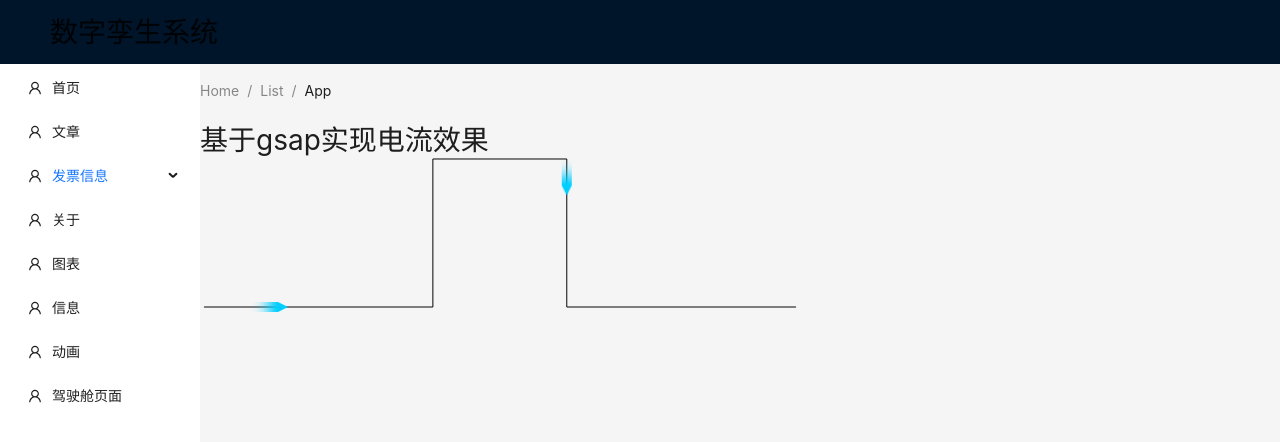
Repository: HailiePan/webpack-react-practice
Page: /animation
These files come from the project's save history. The page is drawn as it stood at one moment and after the next save; the edit follows.
The browser window is 1280 px wide. The pictures show the whole page.
The project was rebuilt for these pictures with package versions that can differ from the ones it lists, and the page was loaded fresh each time. Also part of the build but not shown: src/pages/Animation/component/ScrollAnimation/index.jsx, src/pages/Home.jsx, src/pages/Invoices/index.jsx, src/pages/Invoices/Invoice.jsx, src/pages/Invoices/Pending.jsx, src/pages/Invoices/Complete.jsx, src/components/CommonBox/index.less, src/components/CommonBox/index.jsx and 27 more.

Above is the page before, as saved 2024-01-24 16:44:29.

### index.html
<!--
 * Author  hailie.pan
 * Date  2023-10-08 16:03:03
 * LastEditors  hailie.pan
 * LastEditTime  2023-10-08 16:03:04
 * Description  file content
-->
<!--
 * Author  hailie.pan
 * Date  2023-10-07 17:34:05
 * LastEditors  hailie.pan
 * LastEditTime  2023-10-07 17:34:06
 * Description  file content
-->
<!DOCTYPE html>
<html lang="en">
  <head>
    <meta charset="UTF-8" />
    <meta http-equiv="X-UA-Compatible" content="IE=edge" />
    <meta name="viewport" content="width=device-width, initial-scale=1.0" />
    <title>Document</title>
  </head>
  <body>
    <div id="app"></div>
  </body>
</html>

### src/index.jsx
/*
 * Author  hailie.pan
 * Date  2023-10-07 17:16:58
 * LastEditors  hailie.pan
 * LastEditTime  2023-10-24 17:39:40
 * Description  file content
 */
import React, { StrictMode } from "react";
import * as ReactDOM from "react-dom/client";
import { BrowserRouter, useRoutes } from "react-router-dom";
import { routes } from "@/router";
const App = () => {
  return useRoutes(routes);
};
const root = ReactDOM.createRoot(document.getElementById("app"));
// v18 的新方法
root.render(
  <StrictMode>
    <BrowserRouter>
      <App />
    </BrowserRouter>
  </StrictMode>
);

// BrowserRouter下直接渲染useRoutes,routes里配置好路径对应的组件
// 然后就会显示路径对应的组件
// useRoutes(routes)必须在函数里写着

### src/router/index.js
/*
 * @Author: Hailie.Pan
 * @Date: 2023-11-28 10:30:45
 * @LastEditors: Hailie.Pan
 * @LastEditTime: 2024-01-11 10:41:08
 * @Description:
 */
/*
 * Author  hailie.pan
 * Date  2023-10-13 17:13:27
 * LastEditors  hailie.pan
 * LastEditTime  2023-11-28 10:30:45
 * Description  file content
 */
import React from "react";
import { useRoutes } from "react-router-dom";

import BaseLayout from "@/BaseLayout";

import Home from "@/pages/Home";
import Invoices from "@/pages/Invoices";
import Invoice from "@/pages/Invoices/Invoice";
import Pending from "@/pages/Invoices/Pending";
import Complete from "@/pages/Invoices/Complete";
import About from "@/pages/About";
import Article from "@/pages/Article";
import ControlRoomFirstPage from "@/pages/ControlRoomFirstPage";
import Chart from "@/pages/Chart";
import Info from "@/pages/Info";
import Animation from '@/pages/Animation'

const routes = [
  {
    path: "/",
    element: <BaseLayout />,
    name: "一级场景",
    children: [
      { path: "/home", element: <Home />, name: "首页" },
      { path: "/article", element: <Article />, name: "文章" },
      {
        // path: "/invoices",
        // element: <Invoices />,
        name: "发票信息",
        children: [
          {
            path: "/invoices/invoicesDetail/:id",
            element: <Invoice />,
            name: "发票1详情",
          },
          {
            path: "/invoices/pending",
            element: <Pending />,
            name: "发票2详情",
          },
          {
            path: "/invoices/complete",
            element: <Complete />,
            name: "发票3详情",
          },
        ],
      },

      {
        path: "/about",
        element: <About />,
        name: "关于",
      },
      {
        path: "/chart",
        element: <Chart />,
        name: "图表",
      },
      {
        path: "/info",
        element: <Info />,
        name: "信息",
      },
      {
        path: "/animation",
        element: <Animation />,
        name: "动画",
      },
    ],
  },
  {
    path: "/controlRoomFirstPage",
    element: <ControlRoomFirstPage />,
    name: "驾驶舱页面",
  },
];

export { routes };

### src/BaseLayout/index.jsx
/*
 * Author  hailie.pan
 * Date  2023-10-13 17:28:32
 * LastEditors  hailie.pan
 * LastEditTime  2023-12-04 10:37:50
 * Description  file content
 */

import React, {useEffect, useCallback, useState, useMemo } from 'react';
import { LaptopOutlined, NotificationOutlined, UserOutlined } from '@ant-design/icons';
import { Breadcrumb, Layout, Menu, theme } from 'antd';
import { Link, NavLink, useRoutes, Navigate, Outlet } from 'react-router-dom';
import { gsap } from "gsap";
import { ScrollTrigger } from 'gsap/ScrollTrigger.js'
import { routes } from '@/router';
import StateContext from './data.js';
import styles from './index.less';
import ScrollAnimation from '@/pages/Animation/component/ScrollAnimation'
const { Header, Content, Sider } = Layout;

export default function BaseLayout() {
  // console.log("routes", routes);
  const [selectedMenuKeys, setSelectedMenuKeys] = useState([]);

  // useMemo缓存菜单的计算方法，避免每次刷新时都计算一遍
  // 这个菜单的算法还是不太优美，不好维护
  let showMenu = useMemo(
    () =>
      routes
        .map((item, index) => {
          if (item.children) {
            const arr2 = item.children.map((c, cIndex) => {
              return {
                key: cIndex,
                icon: React.createElement(UserOutlined),
                name: c.name,
                label: (
                  <NavLink to={c.path} state={'From App'}>
                    {c.name}
                  </NavLink>
                ),
                children: c?.children?.map((t, tIndex) => ({
                  key: `${cIndex}-${tIndex}`,
                  icon: React.createElement(UserOutlined),
                  name: t.name,
                  label: <NavLink to={t.path}>{t.name}</NavLink>
                }))
              };
            });
            return arr2;
          } else {
            return {
              key: 'dandu' + index,
              icon: React.createElement(UserOutlined),
              name: item.name,
              label: (
                <NavLink to={item.path} state={'From App'}>
                  {item.name}
                </NavLink>
              )
            };
          }
        })
        .flat(), // arr2是个数组，放到showMenu数组里需要拉平
    []
  );
  showMenu.flat();
  // console.log("showMenu", showMenu);

  const menuArr = [
    {
      key: 0,
      icon: React.createElement(UserOutlined),
      label: (
        <NavLink to="/home" state={'From App'}>
          首页
        </NavLink>
      )
    },

    {
      key: 1,
      icon: React.createElement(LaptopOutlined),
      label: <NavLink to="invoices">发票信息</NavLink>,
      children: [
        {
          key: '1-0',
          label: <NavLink to="/invoices/invoicesDetail/1?a=a&b=b">发票1详情页</NavLink>
        },
        {
          key: '1-1',
          label: <NavLink to="/invoices/pending?fromPage=菜单点击">发票2详情页</NavLink>
        },
        {
          key: '1-2',
          label: (
            <NavLink to="/invoices/complete" state={'左侧菜单点击'}>
              发票3详情页
            </NavLink>
          )
        }
      ]
    },
    {
      key: 2,
      icon: React.createElement(NotificationOutlined),
      label: <NavLink to="about">关于</NavLink>
    },
    {
      key: 3,
      icon: React.createElement(NotificationOutlined),
      label: <NavLink to="controlRoomFirstPage">驾驶舱页面</NavLink>
    },
    {
      key: 4,
      icon: React.createElement(LaptopOutlined),
      label: <NavLink to="article">文章</NavLink>
    }
  ];

  const onSelectMenu = ({ item, key, keyPath, selectedKeys, domEvent }) => {
    setSelectedMenuKeys([key]);
  };

  const [state, setState] = useState('playing');

  // useEffect(()=>{
  //   gsap.registerPlugin(ScrollTrigger)
  //     // 绿色方块
  //     gsap.to("#ewrwer", {
  //       rotation: 900,
  //       x:400,
  //       duration: 1,
  //       scrollTrigger: {
  //         trigger: '#ewrwer', // 动画的元素
  //         scroller: document.getElementById('21321'), // 滚动的元素
  //         scrub: 2,
  //         markers: true,
  //       },

  //     });
  // },[])

  return (
    <Layout className={styles.layoutWrap}>
{/*
      <div className={styles.box} id='21321'>
        <div className={styles.green} id='ewrwer'></div>
        <div style={{height:'1000px'}} />
      </div> */}

      {/* <ScrollAnimation /> */}


      <Header className={styles.header}>
        <div className={styles.logo} />

        <h1>数字孪生系统</h1>
      </Header>

      <Layout>
        <Sider className={styles.sider}>
          <Menu
            mode="inline"
            // defaultSelectedKeys={["0"]}
            // defaultOpenKeys={["sub1"]}
            style={{
              height: '100%',
              borderRight: 0
            }}
            items={showMenu}
            selectedKeys={selectedMenuKeys}
            onSelect={onSelectMenu}
          />
        </Sider>

        <Layout className={styles.rightLayout}>
          <Breadcrumb
            style={{
              margin: '16px 0'
            }}
          >
            <Breadcrumb.Item>Home</Breadcrumb.Item>
            <Breadcrumb.Item>List</Breadcrumb.Item>
            <Breadcrumb.Item>App</Breadcrumb.Item>
          </Breadcrumb>

          <StateContext.Provider value={{ state, setState }}>
            <Content className={styles.content} id='content'>
              <Outlet />
            </Content>
          </StateContext.Provider>
        </Layout>
      </Layout>
    </Layout>
  );
}

### src/pages/Animation/index.jsx
/*
 * @Author: Hailie.Pan
 * @Date: 2024-01-11 10:41:16
 * @LastEditors: Hailie.Pan
 * @LastEditTime: 2024-01-24 15:25:22
 * @Description:
 */
import React, { useRef, useEffect, useState } from 'react';
import { gsap } from 'gsap';
import { ScrollTrigger } from 'gsap/ScrollTrigger.js';
import MoveBox from './component/MoveBox';
import MoveOnPath from './component/MoveOnPath';
import CanvasDraw from './component/CanvasDraw';
import TimeLine from './component/TimeLine';
import ScrollAnimation from './component/ScrollAnimation';
import ScrollAnimation2 from './component/ScrollAnimation2';
import ImitateElectricity from './component/ImitateElectricity';
import DraggableCom from './component/DraggableCom';
import styles from './index.module.less';

export default function Animation() {
  let obj = { myNum: 10, myColor: 'red' };

  useEffect(() => {
    // stagger 依次执行动画
    // gsap.to([boxRef.current, boxRef2.current, boxRef3.current], {
    //   rotation: 360,
    //   stagger:1,
    //   duration:2
    // });

    gsap.to(obj, {
      myNum: 200,
      myColor: 'blue',
      onUpdate: () => {
        console.log('onUpdate', obj.myColor);
      },
      onComplete: () => console.log('onComplete', obj.myNum, obj.myColor)
    });
  }, []);

  return (
    <div className={styles.wrap}>
      {/* <MoveBox /> */}

      {/* 在canvas中驱动元素绘制 */}
      {/* <CanvasDraw /> */}

      {/* 时间线动画 stagger依次错开 */}
      {/* <TimeLine /> */}

      {/* 元素沿SVG路径移动 */}
      {/* <MoveOnPath /> */}

      {/* 把canvas的效果和gsap的效果放在一起对比 */}
      {/* 模拟电流效果 */}
      <ImitateElectricity />

      {/* 滚动动画 */}
      {/* <ScrollAnimation /> */}

      {/* 滚动动画 */}
      {/* <ScrollAnimation2 /> */}

      {/* 可拖拽 */}
      {/* <DraggableCom /> */}
    </div>
  );
}

### src/BaseLayout/data.js
/*
 * Author  hailie.pan
 * Date  2023-11-28 10:20:25
 * LastEditors  hailie.pan
 * LastEditTime  2023-11-28 10:26:27
 * Description  file content
 */
import { createContext } from "react";

const StateContext = createContext({});

export default StateContext;

### src/BaseLayout/index.less
body {
  margin: 0;
  // height: 200vh;
}


.layoutWrap {
  height: 100vh;
  overflow-y: auto;
}

.box{
  height: 200px;
  overflow-y: auto;
  // border: 1px solid rgb(239, 200, 151);
}
.green{
  width: 50px;
  height: 50px;
  background-color: green;
  border-radius: 4px;
  margin: 0 auto;
  position: fixed;
  top: 50%;
  left: 50%;
}
.header {
  display: flex;
  align-items: center;

  .logo {
    width: 100px;
    height: 40px;
    background: rgba(255, 255, 255, 0.5);
    margin-right: 20px;
  }
  h1 {
    color: #fff;
    padding: 0;
    margin: 0;
  }
}
@colorBgContainer: #fff;
.sider {
  width: 200;
  background: @colorBgContainer;
}
.rightLayout {
  padding: 0 24px 24px;
}

.content {
  padding: 24px;
  margin: 0;
  min-height: 280px;
  background: @colorBgContainer;
  // border: 1px solid green; // 高度没有被页面的高度撑开
  // height: auto;
  overflow-y: scroll;
}

### src/pages/home.less
@color: rgb(248, 157, 39);

@font-face {
  font-family: "DIN";
  src: url("@/assets/fonts/庞门正道标题体2.0增强版.ttf");
  font-style: normal;
  font-weight: normal;
}
.wrapper {
  font-weight: 700;
  color: #333;

  ul {
    color: @color;
    // list-style-type: none;
  }
  .fontStyle {
    font-family: "DIN";
  }

  .box {
    height: 500px;
    margin-top: 20px;
    display: flex;
    .item {
      flex-shrink: 1; //属性定义了项目的缩小比例，默认为1，即如果空间不足，该项目将缩小
      flex-grow: 1; // 定义项目的放大比例，默认为0，即如果存在剩余空间，也不放大
      width: 300px;
      background-color: #fce09e;
      border: 1px solid rgb(255, 162, 0);
    }
  }
  .showImg {
    display: flex;
    img {
      width: 100px;
      height: 100px;
      margin-top: 10px;
      display: block;
    }
  }
}

### src/pages/Animation/component/ImitateElectricity/index.jsx
/*
 * @Author: Hailie.Pan
 * @Date: 2024-01-16 22:18:53
 * @LastEditors: Hailie.Pan
 * @LastEditTime: 2024-01-24 16:44:22
 * @Description:
 */
import React, { useEffect, useRef } from 'react';
import { gsap } from 'gsap';
import { MotionPathPlugin, MotionPathHelper } from 'gsap/all';
import { Button } from 'antd';
import styles from './index.module.less';

export default function ImitateElectricity() {
  const jiantou = useRef();
  const jiantou2 = useRef();

  // 注册插件
  gsap.registerPlugin(MotionPathPlugin);
  const tl = gsap.timeline();

  useEffect(() => {
    gsap.set([jiantou.current, jiantou2.current], { scale: 0.5, autoAlpha: 1 });

    tl.to([jiantou.current], {
      duration: 4,
      ease: 'none',
      immediateRender: true,
      repeat: -1, // 重复
      stagger: 2, // 间隔时间
      motionPath: {
        path: '#xianlu', // 路径
        align: '#xianlu', // 对齐到路径
        alignOrigin: [0.5, 0.5], // 对齐原点
        autoRotate: 90, // 沿路径方向旋转角度
        end: 0.2
      }
    });

    tl.to([jiantou2.current], {
      duration: 8,
      ease: 'none',
      immediateRender: true,
      repeat: -1, // 重复
      stagger: 2, // 间隔时间
      motionPath: {
        path: '#xianlu', // 路径
        align: '#xianlu', // 对齐到路径
        alignOrigin: [0.5, 0.5], // 对齐原点
        autoRotate: 90, // 沿路径方向旋转角度
        start: 0.5
        // end: 0.5
      }
    });

    // gsap.registerPlugin(MotionPathPlugin, MotionPathHelper)
  }, []);

  return (
    <div>
      <h1>基于gsap实现电流效果</h1>
      {/* svg路径必须是path */}
      <svg class={styles.motionPath} viewBox="0 0 600 152">
        <path fill="none" stroke="#000" d="m0,151h231.97V1h135.69v150h232.35" />
        <path
          id="xianlu"
          fill="none"
          stroke="none"
          d="m0,151h225.12c3.78,0,6.85-3.06,6.85-6.85V8.04c0-3.89,3.15-7.04,7.04-7.04h121.97c3.69,0,6.68,2.99,6.68,6.68v136.63c0,3.69,3,6.69,6.69,6.69h225.66"
        />
      </svg>

      <div className={styles.jiantou} ref={jiantou}></div>
      <div className={styles.jiantou} ref={jiantou2}></div>
    </div>
  );
}

### src/pages/Animation/component/ScrollAnimation/index.module.less

.wrap{
  border:1px solid red;
  height: 600px;
  background-color: #111;
  color: white;
  // overflow-x: hidden;
  overflow-y: scroll;
}
h1, h2 {
  margin: 0;
  font-weight: 400;
  max-width: none;
}
.headerSection{
  height: 400px;
  line-height: 400px;
  border: 1px solid rgb(255, 140, 0);
}

.comparisonSection {
  position: relative;
  padding-bottom: 56.25%; /* to maintain aspect ratio (responsive!) */
  border: 1px solid yellow;

  .comparisonImage {
    width: 100%;
    height: 100%;

    img {
      width: 100%;
      height: 100%;
      position: absolute;
      top: 0;
    }
  }

  .afterImage {
    position: absolute;
    overflow: hidden;
    top: 0;
    transform: translate(100%, 0px);
    img {
      transform: translate(-100%, 0px);
    }
  }
}

### src/pages/Animation/component/ImitateElectricity/index.module.less
.motionPath {
  overflow: visible;
  width: 600px;
  height: 150px;
}

.jiantou {
  width: 20px;
  height: 77px;
  background: url('./assets/jiantou2.png');
}

After the next save:
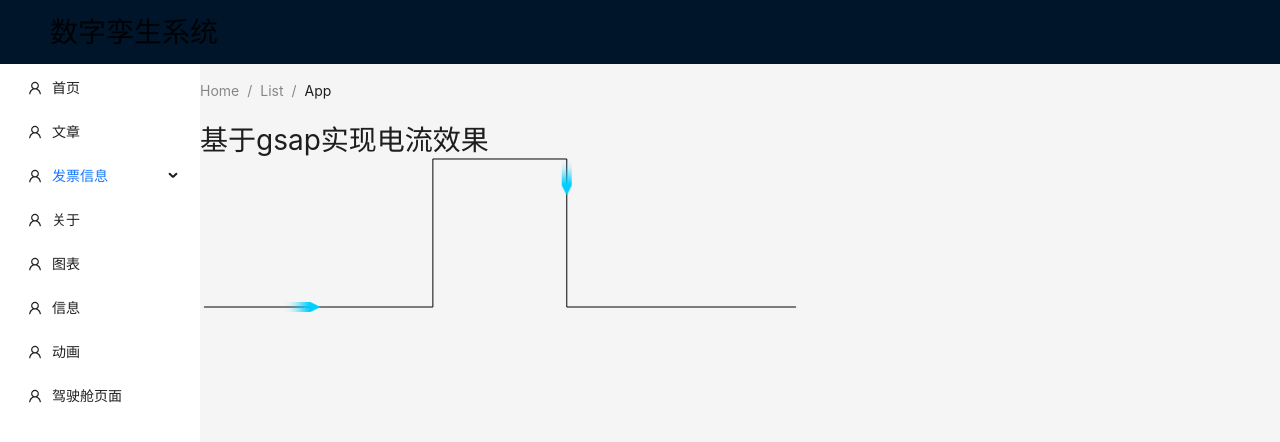
Saved 8 s later.
--- a/src/pages/Animation/component/ImitateElectricity/index.jsx
+++ b/src/pages/Animation/component/ImitateElectricity/index.jsx
@@ -33,7 +33,7 @@ export default function ImitateElectricity() {
         align: '#xianlu', // 对齐到路径
         alignOrigin: [0.5, 0.5], // 对齐原点
         autoRotate: 90, // 沿路径方向旋转角度
-        end: 0.2
+        end: 0.3
       }
     });
 
